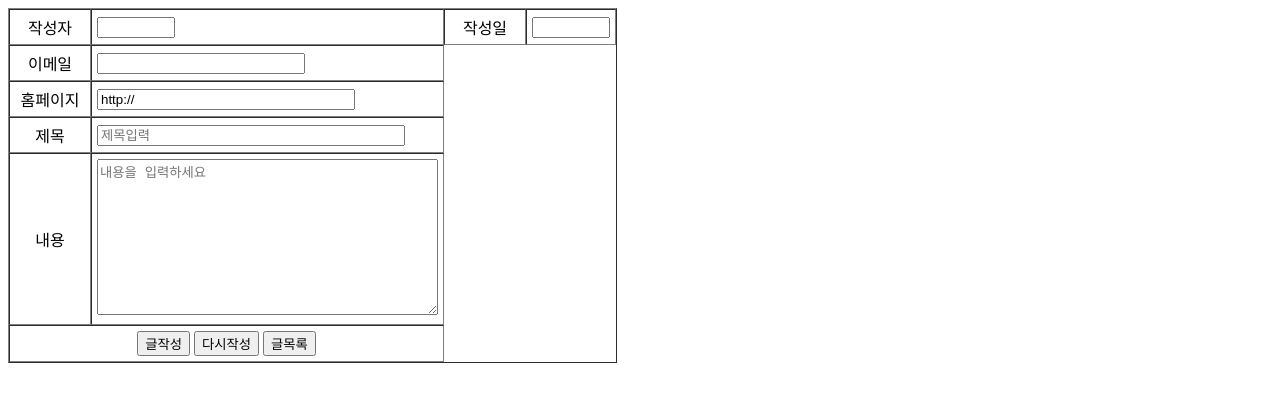
Repository: kimsuel/java-ee-practice
Page: guestbookservlet/WebContent/guestbook/guestbookList.html
The author's editor kept a copy of each file at every save. The page is drawn from the files as they stood at one save, then again after the next save.
The browser window is 1280 px wide. The pictures show the whole page.

Above is the page before, as saved 2018-06-20 07:38:48.

### guestbookservlet/WebContent/guestbook/guestbookList.html
<!DOCTYPE html>
<html>
<head>
<meta charset="UTF-8">
<title>글 목록</title>
</head>
<body>
	<table border="1" cellpadding="5" cellspacing="0">
			<tr>
				<td width="70" align="center">작성자</td>
				<td><input type="text" name="email" style="width:70px"></td>
				<td width="70" align="center">작성일</td>
				<td><input type="text" name="email" style="width:70px"></td>
			</tr>
			<tr>
				<td align="center">이메일</td>
				<td><input type="text" name="email" style="width:200px"></td>
			</tr>
			<tr>
				<td align="center">홈페이지</td>
				<td><input type="text" name="homepage" style="width: 250px" value="http://"></td>
			</tr>
			<tr>
				<td align="center">제목</td>
				<td><input type="text" style="width: 300px" name="subject" placeholder="제목입력"></td>
			</tr>
			<tr>
				<td align="center">내용</td>
				<td><textarea cols="40" rows="10" name="content" placeholder="내용을 입력하세요"></textarea></td>
			</tr>

			<tr>
				<td colspan="2" align="center"><input type="button" value="글작성" onclick="javascript:check()">
								<input type="reset" value="다시작성">
								<input type="button" value="글목록" onclick="location.href='guestbookList.html'"></td>
			</tr>
		</table>
</body>
</html>

After the next save:
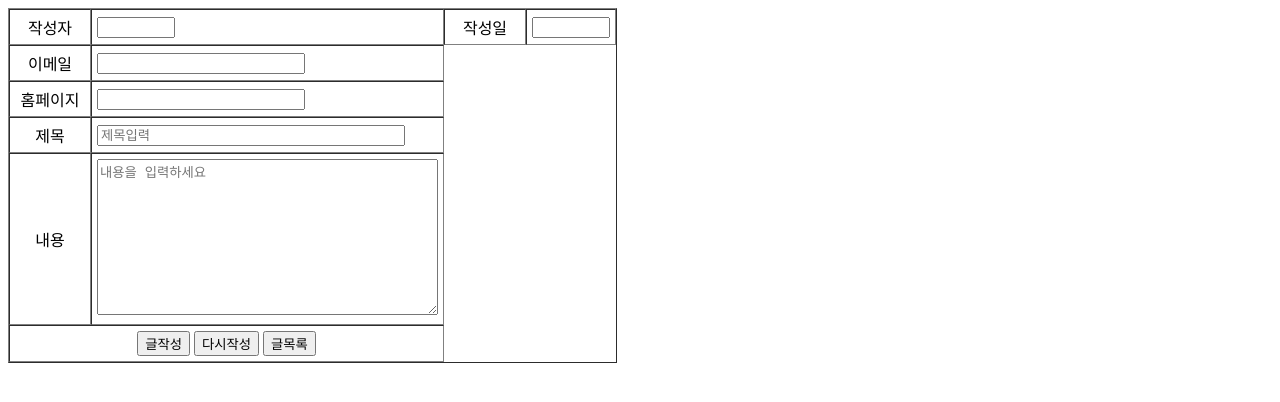
Saved 14 s later.
--- a/guestbookservlet/WebContent/guestbook/guestbookList.html
+++ b/guestbookservlet/WebContent/guestbook/guestbookList.html
@@ -18,7 +18,7 @@
 			</tr>
 			<tr>
 				<td align="center">홈페이지</td>
-				<td><input type="text" name="homepage" style="width: 250px" value="http://"></td>
+				<td><input type="text" name="homepage" style="width: 200px"></td>
 			</tr>
 			<tr>
 				<td align="center">제목</td>
